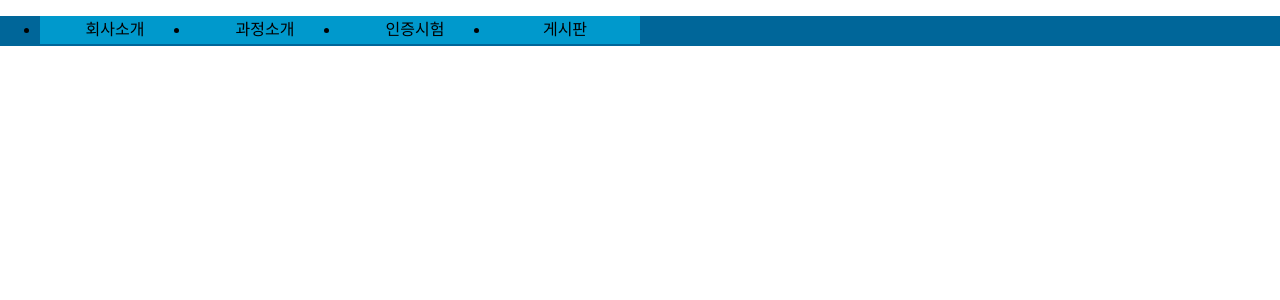
Repository: gyetol/web
Page: 4_11_web/CSS/WebContent/index.html
An editor plug-in stored every save of this project. The page is shown before and after the next save, followed by the edit.
The browser window is 1280 px wide. The pictures show the whole page.

Above is the page before, as saved 2020-04-11 07:54:57.

After the next save:
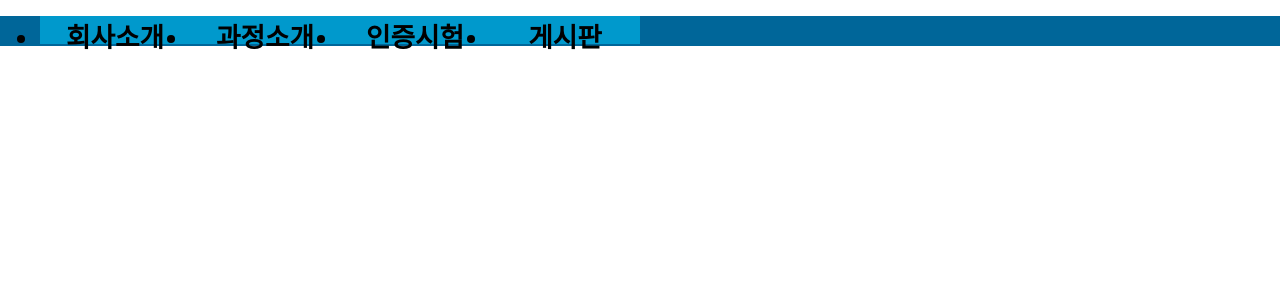
Saved 17 s later.
--- a/4_11_web/CSS/WebContent/css/style.css
+++ b/4_11_web/CSS/WebContent/css/style.css
@@ -18,4 +18,6 @@ ul>li{
 	background-color:#0099cc;
 	height:28px;
 	text-align:center;
+	font-size:20pt;
+	font-weight:bold;
 }
